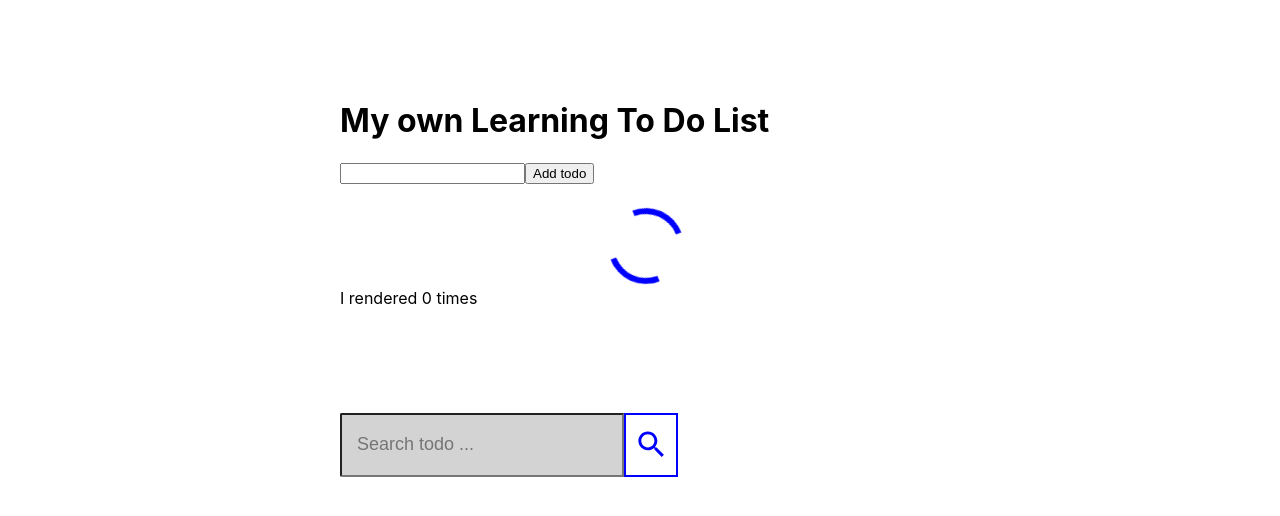
Repository: ArusyakAghajanyan/To-Do
Page: /
The author's editor kept a copy of each file at every save. The page is drawn from the files as they stood at one save, then again after the next save.
The browser window is 1280 px wide. The pictures show the whole page.
The page's requests for data from a server got no answer. The project was rebuilt for these pictures with package versions that can differ from the ones it lists, and the page was loaded fresh each time. No one was signed in, and anything a server would have sent is missing. Also part of the build but not shown: src/Todo/TodoItem.js, src/Todo/TodoList.js.

Above is the page before, as saved 2022-03-11 02:15:17.

### src/index.css
body {
  margin: 0;
  font-family: -apple-system, BlinkMacSystemFont, 'Segoe UI', 'Roboto', 'Oxygen',
    'Ubuntu', 'Cantarell', 'Fira Sans', 'Droid Sans', 'Helvetica Neue',
    sans-serif;
  -webkit-font-smoothing: antialiased;
  -moz-osx-font-smoothing: grayscale;
}

code {
  font-family: source-code-pro, Menlo, Monaco, Consolas, 'Courier New',
    monospace;
}
.wrapper {
  padding-top: 5rem;
  margin: 0 auto;
  width: 600px;
}
.rm {
  background: red;
  border-radius: 50%;
  color:#fff;
  border: none;
}

.done {
  text-decoration: line-through;
}

.lds-dual-ring {
  display: inline-block;
  width: 80px;
  height: 80px;
}

.lds-dual-ring:after {
  content: " ";
  display: block;
  width: 64px;
  height: 64px;
  margin: 8px;
  border-radius: 50%;
  border: 6px solid blue;
  border-color: blue transparent blue transparent;
  animation: lds-dual-ring 1.2s linear infinite;
}
@keyframes lds-dual-ring {
  0% {
    transform: rotate(0deg);
  }
  100% {
    transform: rotate(360deg);
  }
}

### src/App.js
import React, { useEffect, useRef } from 'react'
import TodoList from './Todo/TodoList'
import Context from './context'
import Loader from './Loader'
import SearchBar from './Search/SearchBar'

const AddTodo = React.lazy(
  () =>
  new Promise(resolve => {
    setTimeout(() => {
      resolve(import('./Todo/AddTodo'))
    }, 3000)
  })
  )

function App() {
  const [todos, setTodos] = React.useState([])
    // { id: 1, completed: false, title: 'Learn HTML, CSS'},
    // { id: 2, completed: true, title: 'Learn Js'},
    // { id: 3, completed: false, title: 'Learn React'},
    // { id: 4, completed: false, title: 'Learn Java'}
  const [loading, setLoading] = React.useState(true)
  const renderCount = useRef(0)

  useEffect(() => {
    renderCount.current = renderCount.current + 1
  })


useEffect(() => {
  fetch('https://jsonplaceholder.typicode.com/todos?_limit=5')
    .then(response => response.json())
    .then(todos => {
      setTimeout(() => {
        setTodos(todos)
        setLoading(false)
      }, 2000)
    })
}, [])

  function toggleTodo(id){
    setTodos(
    todos.map(todo => {
    if (todo.id === id) {
      todo.completed = !todo.completed
    }
    return todo
    })
    )
  }

  function removeTodo(id){
   setTodos(todos.filter(todo => todo.id !== id))
  }

  function addTodo(title) {
    setTodos(todos.concat([{
      title,
      id: Date.now(),
      completed: false
    }]))
  }
  return (
    <Context.Provider value={{ removeTodo }}>
    <div className='wrapper'>
      <h1>My own Learning To Do List</h1>
      <React.Suspense fallback={<p>Loading...</p>}>

      <AddTodo onCreate={addTodo} />
      </React.Suspense>
      {loading && <Loader />}
      {todos.length ? (
      <TodoList todos={todos} onToggle={toggleTodo} />
      ) : loading ? null : (
        <p>No todos!</p>
       )}
       <div> I rendered {renderCount.current} times </div>
       <div >
      <SearchBar placeholder="Search todo ..." data={todos} />
    </div>

    </div>
    </Context.Provider>

  )
}

export default App

// className="App"

### src/Loader.js
import React from 'react'

export default () => <div style={{display: 'flex', justifyContent: 'center', margin: '.5rem' }}>
    <div className="lds-dual-ring" /></div>

### src/Search/SearchBar.js
import React, { useState } from "react";
import "./SearchBar.css";
import SearchIcon from '@mui/icons-material/Search';
import CloseIcon from '@mui/icons-material/Close';

function SearchBar({ placeholder, data }) {
  const [filteredData, setFilteredData] = useState([]);
  const [wordEntered, setWordEntered] = useState("");

  const handleFilter = (event) => {
    const searchWord = event.target.value;
    setWordEntered(searchWord);
    const newFilter = data.filter((value) => {
      return value.title.toLowerCase().includes(searchWord.toLowerCase());
    });

    if (searchWord === "") {
      setFilteredData([]);
    } else {
      setFilteredData(newFilter);
    }
  };

  const clearInput = () => {
    setFilteredData([]);
    setWordEntered("");
  };

  return (
    <div className="search">
      <div className="searchInputs">
        <input
          type="text"
          placeholder={placeholder}
          value={wordEntered}
          onChange={handleFilter}

        />
        <div className="searchIcon">
          {filteredData.length === 0 ? (
            <SearchIcon />
          ) : (
            <CloseIcon id="clearBtn" onClick={clearInput} />
          )}
        </div>
      </div>
      {filteredData.length != 0 && (
        <div className="dataResult">
          {filteredData.slice(0, 15).map((value, key) => {
            return (
              <a className="dataItem" href={value.link} target="_blank">
                <p>{value.title} </p>
              </a>
            );
          })}
        </div>
      )}
    </div>
  );

}

export default SearchBar;

### src/Todo/AddTodo.js
import React, { useState } from "react";
import PropTypes from "prop-types";

function useInputValue(defaultValue = " ") {
  const [value, setValue] = useState(defaultValue);
  return {
    bind: {
      value,
      onChange: (event) => setValue(event.target.value),
    },
    clear: () => setValue(""),
    value: () => value,
  };
}

function AddTodo({ onCreate }) {
  const input = useInputValue(" ");

  function submitHandler(event) {
    event.preventDefault();

    if (input.value().trim()) {
      onCreate(input.value());
      input.clear();
    }
  }

  return (
    <form style={{ marginBottom: "1rem" }} onSubmit={submitHandler}>
      <input {...input.bind} />
      <button type="submit">Add todo</button>
    </form>
  );
}

AddTodo.propTypes = {
  onCreate: PropTypes.func.isRequired,
};

export default AddTodo;

### src/Search/SearchBar.css
.searchInputs {
    margin-top: 105px;
    display: flex;
  }

  .search input{
    background-color: lightgray;
    /* border: 2px solid gray; */
    border-radius: 2px;
    border-top-right-radius: 0px;
    border-bottom-right-radius: 0px;
    font-size: 18px;
    padding: 15px;
    height: 30px;
    width: 250px;
  }

  .searchIcon {
    border: 2px solid blue;
    height: 60px;
    width: 50px;
    background-color: white;
    display: grid;
    place-items: center;
    color: blue;
  }

  input:focus {
    outline: none;
  }
  .searchIcon svg {
    font-size: 35px;
  }

  .dataResult {
    margin-top: 0px;
    width: 300px;
    height: 200px;
    background-color: lightgray;
    box-shadow: rgba(0, 0, 0, 0.35) 0px 5px 15px;
    overflow: hidden;
    overflow-y: auto;
  }

  .dataResult::-webkit-scrollbar {
    display: none;
  }

  .dataResult .dataItem {
    width: 100%;
    height: 50px;
    display: flex;
    align-items: center;
    color: black;
  }

  .dataItem p {
    margin-left: 10px;
  }
  a {
    text-decoration: none;
  }

  a:hover {
    background-color: lightgrey;
  }

  #clearBtn {
    cursor: pointer;
  }

Loaded but not shown: public/index.html (common file); src/index.js (common file); src/reportWebVitals.js (common file); src/context.js (common file)

After the next save:
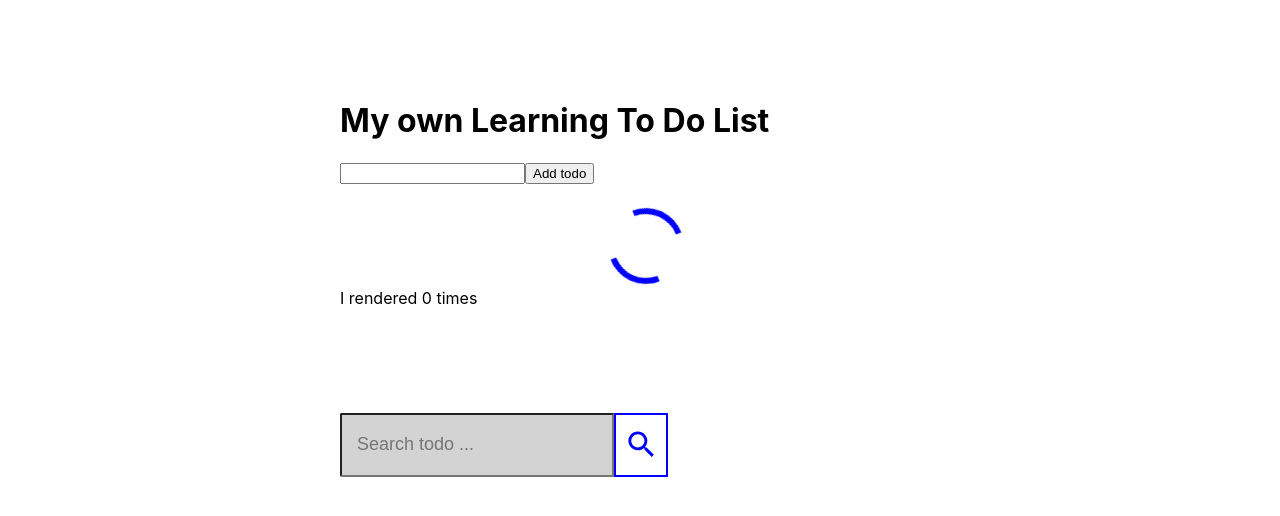
Saved 21 s later.
--- a/src/Search/SearchBar.css
+++ b/src/Search/SearchBar.css
@@ -12,7 +12,7 @@
     font-size: 18px;
     padding: 15px;
     height: 30px;
-    width: 250px;
+    width: 240px;
   }
 
   .searchIcon {
